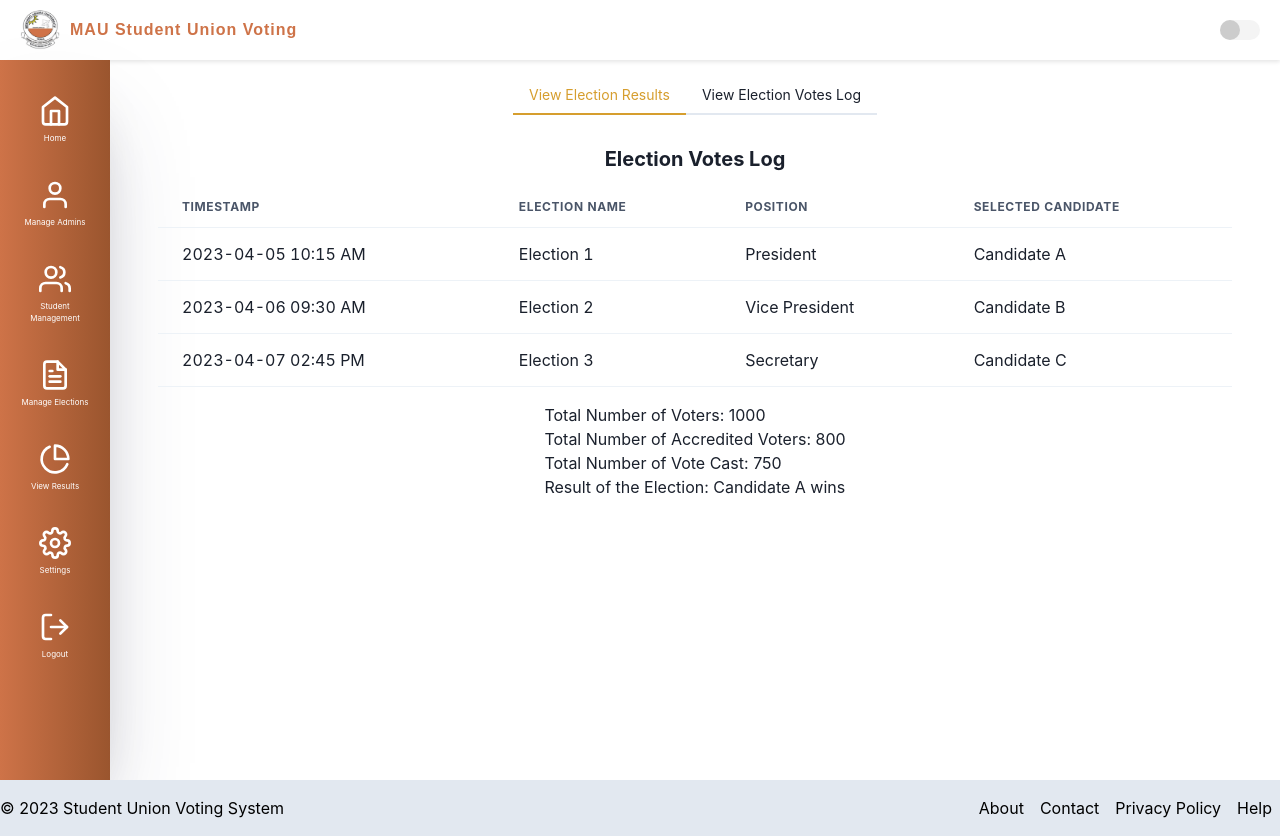
Repository: joena1o/e-vote
Page: /admin-dashboard/view-results
The author's editor kept a copy of each file at every save. The page is drawn from the files as they stood at one save, then again after the next save.
The browser window is 1280 px wide. The pictures show the whole page.
The project was rebuilt for these pictures with package versions that can differ from the ones it lists, and the page was loaded fresh each time. Also part of the build but not shown: src/components/EnhancedLogin.js, src/components/maincontent/RegisterStudents/ManageStudents.js, src/components/maincontent/RegisterStudents/RegisterStudents.js, src/components/maincontent/RegisterStudents/StudentManagement.js, src/components/maincontent/ElectionResults/report.js, src/components/maincontent/Settings/Settings.js, src/api/index.js, src/components/maincontent/home/Home.styles.js and 21 more.

Above is the page before, as saved 2023-11-24 22:36:49.

### src/index.js
import React from 'react';
import ReactDOM from 'react-dom/client';
import './index.css';
import App from './App';
import reportWebVitals from './reportWebVitals';
import Modal from 'react-modal';

// Set the app element for the modal for accessibility purposes
Modal.setAppElement('#root');

const root = ReactDOM.createRoot(document.getElementById('root'));
root.render(
  <React.StrictMode>
    <App />
  </React.StrictMode>
);

// If you want to start measuring performance in your app, pass a function
// to log results (for example: reportWebVitals(console.log))
// or send to an analytics endpoint. Learn more: https://bit.ly/CRA-vitals
reportWebVitals();

### src/App.js
import React from 'react';
import { BrowserRouter as Router, Routes, Route, Navigate } from 'react-router-dom';
import EnhancedLogin from './components/EnhancedLogin';
import AdminDashboard from './components/AdminDashboard';
import StudentDashboard from './components/StudentDashboard';
import { ChakraProvider, ColorModeProvider, Button, useColorMode } from '@chakra-ui/react';
import { Provider } from 'react-redux';
import store from './Redux/store';
import ElectionCommitteeDashboard from './components/maincontent/ElectionCommitteeDashboard';


// Component to toggle dark mode
function DarkModeToggle() {
  const { colorMode, toggleColorMode } = useColorMode();
  return (
    <Button onClick={toggleColorMode} position="fixed" m={4} zIndex={10}>
      Toggle {colorMode === 'light' ? 'Dark' : 'Light'}
    </Button>
  );
}

function App() {
  // Check if the current route is not the "/login" route, then render the DarkModeToggle
  // const isLoginPage = window.location.pathname === '/login';

  return (
    <Provider store={store}>
      <ChakraProvider>
        <ColorModeProvider options={{ useSystemColorMode: true }}>
          <Router>
            <Routes>
              {/* Define your routes */}
              <Route path="/login" element={<EnhancedLogin />} />
              <Route path="/admin-dashboard/*" element={<AdminDashboard />} />
              <Route path="/ElectionCommittee-dashboard/*" element={<ElectionCommitteeDashboard />} />
              <Route path='/student-dashboard/*' element={<StudentDashboard />} />
              {/* Redirect root to /admin-dashboard */}
              <Route path="/" element={<Navigate to="/admin-dashboard" replace />} />
            </Routes>
          </Router>
          {/* Render DarkModeToggle only if not on the "/login" page */}
          {/* {!isLoginPage && <DarkModeToggle />} */}
        </ColorModeProvider>
      </ChakraProvider>
    </Provider>
  );
}

export default App;

### src/components/AdminDashboard.js
// AdminDashboard.js
import React from 'react';
import { Routes, Route } from 'react-router-dom';
import StudentManagement from './maincontent/RegisterStudents/StudentManagement';
import ViewResults from './maincontent/ElectionResults/ViewElectionResults';
import Settings from './maincontent/Settings/Settings';
import Home from './maincontent/home/Home';
import ManageAdmin from './maincontent/ManageAdmins/ManageAdmins';
import ManageElections from './maincontent/ManageElections/ManageElections';
import Sidebar from './Sidebar';
import Navbar from './Navbar';
import Footer from './Footer';// Import the Footer component
import styled from 'styled-components';

const Container = styled.div`
  display: flex;
  flex-direction: column;
  height: 100vh;
  width: 100%;
`;

const Content = styled.div`
  display: flex;
  flex: 1;
`;

const AdminDashboard = () => {
  return (
    <Container>
      <Navbar />
      <Content>
        <Sidebar />
        <Routes>
          <Route index element={<Home />} />
          <Route path="student-management" element={<StudentManagement />} />
          <Route path="view-results" element={<ViewResults />} />
          <Route path="settings" element={<Settings />} />
          <Route path="manage-admin" element={<ManageAdmin />} />
          <Route path="manage-elections" element={<ManageElections />} />
        </Routes>
      </Content>
      <Footer />
    </Container>
  );
};

export default AdminDashboard;

### src/Redux/store.js
import { configureStore } from '@reduxjs/toolkit';
import electionReducer from './electionSlice';
import studentsReducer from './studentsSlice';
import candidatesReducer from './CandidateSlice'; // Import the candidates reducer

const store = configureStore({
  reducer: {
    elections: electionReducer,
    students: studentsReducer,
    candidates: candidatesReducer, // Add the candidates reducer here
  },
});

export default store;

### src/components/maincontent/ElectionResults/ViewElectionResults.js
import React, { useState } from 'react';
import { Tabs, TabList, TabPanels, Tab, TabPanel, Box, Flex, Heading } from '@chakra-ui/react';
import ViewResults from './ViewResults';
import ElectionVotesLog from './report';

const ElectionDashboard = () => {
  const [activeTab, setActiveTab] = useState(0);

  const handleTabChange = (index) => {
    setActiveTab(index);
  };

  return (
    <Flex direction="column" align="center" w="100vw" h="100vh" p={4}>
      <Box w="100%" h="100%" maxW="full">
        <Tabs index={activeTab} onChange={handleTabChange} isLazy>
          <Flex justifyContent="center" w="100%">
            <TabList display="inline-flex">
              <Tab fontSize="sm" px={4} py={2} _selected={{ borderBottom: '2px solid', borderColor: 'yellow.500', color: 'yellow.500' }}>
                View Election Results
              </Tab>
              <Tab fontSize="sm" px={4} py={2} _selected={{ borderBottom: '2px solid', borderColor: 'yellow.500', color: 'yellow.500' }}>
                View Election Votes Log
              </Tab>
            </TabList>
          </Flex>
          <TabPanels>
            <TabPanel>
              <ViewResults />
            </TabPanel>
            <TabPanel>
              <ElectionVotesLog />
            </TabPanel>
          </TabPanels>
        </Tabs>
      </Box>
    </Flex>
  );
};

export default ElectionDashboard;

### src/components/Sidebar.js
import React from 'react';
import styled from 'styled-components';
import { Link } from 'react-router-dom';
import { FiHome, FiUser, FiUsers, FiFileText, FiSettings, FiLogOut, FiPieChart } from 'react-icons/fi';
import { useColorMode } from '@chakra-ui/react';

const SidebarContainer = styled.nav`
  background: ${props => (props.theme === 'dark' ? '#333' : 'linear-gradient(to right, #ce7348, #9a552e)')};
  padding: 15px;
  height: 100vh;
  color: #fff;
  box-shadow: rgba(50, 50, 93, 0.25) 0px 50px 100px -20px, rgba(0, 0, 0, 0.3) 0px 30px 60px -30px;
  display: flex;
  flex-direction: column;
`;

const LinkList = styled.ul`
  list-style-type: none;
  padding: 0;
  flex: 1;
`;

const StyledLink = styled(Link)`
  text-decoration: none;
  color: #fff;
  display: flex;
  flex-direction: column;
  align-items: center;
  transition: color 0.3s ease;
  margin-bottom: 15px;
  cursor: pointer;
  font-size: 0.5rem;

  &:hover {
    color: #fce364;
  }

  width: 80px;
  text-align: center;
  word-wrap: break-word;
  overflow-wrap: break-word;

  @media (max-width: 768px) {
    font-size: 0.4rem;
  }

  @media (max-width: 480px) {
    font-size: 0.3rem;
  }
`;

const LinkItem = styled.li`
  display: flex;
  align-items: center;
  margin-top: 20px;
`;

const Icon = styled.div`
  font-size: 2rem;
  color: #fff;

  @media (max-width: 768px) {
    font-size: 0.9rem;
  }

  @media (max-width: 480px) {
    font-size: 0.8rem;
  }

  margin-bottom: 5px;

  ${StyledLink}:hover & {
    color: #fce364;  // Change icon color when the link is hovered
  }
`;

function Sidebar() {
  const { colorMode } = useColorMode();

  return (
    <SidebarContainer theme={colorMode}>
      <LinkList>
        <LinkItem>
          <StyledLink to="/admin-dashboard">
            <Icon><FiHome /></Icon>
            Home
          </StyledLink>
        </LinkItem>
        <LinkItem>
          <StyledLink to="/admin-dashboard/manage-admin">
            <Icon><FiUser /></Icon>
            Manage Admins
          </StyledLink>
        </LinkItem>
        <LinkItem>
          <StyledLink to="/admin-dashboard/student-management">
            <Icon><FiUsers /></Icon>
            Student Management
          </StyledLink>
        </LinkItem>
        <LinkItem>
          <StyledLink to="/admin-dashboard/manage-elections">
            <Icon><FiFileText /></Icon>
            Manage Elections
          </StyledLink>
        </LinkItem>
        <LinkItem>
          <StyledLink to="/admin-dashboard/view-results">
            <Icon><FiPieChart /></Icon>
            View Results
          </StyledLink>
        </LinkItem>
        <LinkItem>
          <StyledLink to="/admin-dashboard/settings">
            <Icon><FiSettings /></Icon>
            Settings
          </StyledLink>
        </LinkItem>
        <LinkItem>
          <StyledLink to="/logout">
            <Icon><FiLogOut /></Icon>
            Logout
          </StyledLink>
        </LinkItem>
      </LinkList>
    </SidebarContainer>
  );
}

export default Sidebar;

### src/components/Navbar.js
import React from 'react';
import styled, { createGlobalStyle } from 'styled-components';
import logo from '../assets/school_logo.jpg';
import { useColorMode } from '@chakra-ui/react';

const GlobalStyle = createGlobalStyle`
  body {
    background-color: ${props => (props.theme === 'dark' ? '#333' : '#fff')};
    color: ${props => (props.theme === 'dark' ? '#fff' : '#000')}; // Set other component texts to black in light mode
  }
`;

const Header = styled.header`
  background: ${props => (props.theme === 'dark' ? '#333' : '#fff')};
  color: ${props => (props.theme === 'dark' ? '#fff' : '#ce7348')}; // Set navbar text to brown in light mode
  padding: 10px 20px;
  display: flex;
  align-items: center;
  justify-content: flex-start;
  box-shadow: 0px 2px 4px rgba(0, 0, 0, 0.1);
  font-family: 'Poppins', sans-serif;
`;


const Logo = styled.img`
  width: 40px;
  height: 40px;
  border-radius: 20px;
  margin-right: 10px;
`;

const Title = styled.h1`
  margin: 0;
  padding: 0;
  font-size: 1rem;
  font-weight: 600;
  letter-spacing: 1px;
`;

const ToggleSlider = styled.label`
  display: flex;
  align-items: center;
  cursor: pointer;
  margin-left: auto;
`;

const SliderInput = styled.input.attrs({ type: 'checkbox' })`
  display: none;
`;

const Slider = styled.div`
  width: 40px;
  height: 20px;
  background-color: ${props => (props.theme === 'dark' ? '#333' : '#f4f4f4')};
  border-radius: 20px;
  position: relative;
  transition: background-color 0.3s ease;
  cursor: pointer;

  &::after {
    content: '';
    width: 20px;
    height: 20px;
    border-radius: 50%;
    background-color: ${props => (props.theme === 'dark' ? '#fff' : '#ccc')};
    position: absolute;
    top: 50%;
    transform: translateY(-50%);
    left: ${props => (props.theme === 'dark' ? '20px' : '0')};
    transition: left 0.3s ease;
  }
`;

function Navbar() {
  const { colorMode, toggleColorMode } = useColorMode();

  return (
    <>
      <GlobalStyle theme={colorMode} />
      <Header theme={colorMode}>
        <Logo src={logo} alt="University Logo" />
        <Title>MAU Student Union Voting</Title>
        <ToggleSlider>
          <SliderInput type="checkbox" onChange={toggleColorMode} />
          <Slider theme={colorMode} />
        </ToggleSlider>
      </Header>
    </>
  );
}

export default Navbar;

### src/components/Footer.js
import React from 'react';
import { Box, Flex, Text, Link } from '@chakra-ui/react';

const Footer = ({ colorMode }) => {
  const handleDownloadDocumentation = () => {

    const pdfUrl = '/path/to/your/documentation.pdf';

    //  anchor element that triggers  download
    const link = document.createElement('a');
    link.href = pdfUrl;
    link.download = 'documentation.pdf';
    link.click();
  };

    return (
      <Box as="footer" mt="auto" py={4} bg={colorMode === 'dark' ? 'gray.800' : 'gray.200'} color={colorMode === 'dark' ? 'white' : 'black'}>
        <Flex justify="space-between" align="center">
          <Text>&copy; 2023 Student Union Voting System</Text>
          <Flex>
            <Link mx={2} href="#about">
              About
            </Link>
            <Link mx={2} href="#contact">
              Contact
            </Link>
            <Link mx={2} href="#privacy">
              Privacy Policy
            </Link>
            <Link mx={2} onClick={handleDownloadDocumentation}>
              Help
            </Link>
          </Flex>
        </Flex>
      </Box>
    );
  };

  export default Footer;

### src/Redux/electionSlice.js
/*import { createSlice, createAsyncThunk } from '@reduxjs/toolkit';
import { API, graphqlOperation } from 'aws-amplify';
import { createElection as createElectionAPI } from '../graphql/mutations';

export const createElection = createAsyncThunk(
  'elections/createElection',
  async (election, { rejectWithValue }) => {
    try {
      const result = await API.graphql(graphqlOperation(createElectionAPI, { input: election }));
      return result.data.createElection;
    } catch (error) {
      return rejectWithValue(error);
    }
  }
);

const electionSlice = createSlice({
  name: 'elections',
  initialState: [],
  reducers: {},
  extraReducers: (builder) => {
    builder.addCase(createElection.fulfilled, (state, action) => {
      state.push(action.payload);
    });
  },
});

export default electionSlice.reducer;
*/

### src/Redux/studentsSlice.js
import { createSlice } from '@reduxjs/toolkit';

export const studentsSlice = createSlice({
  name: 'students',
  initialState: [],
  reducers: {
    addStudents: (state, action) => {
      // Add students to the Redux store
      action.payload.forEach(student => {
        state.push(student);
      });
    },
  },
});

export const { addStudents } = studentsSlice.actions;

export default studentsSlice.reducer;

### src/Redux/CandidateSlice.js

import { createSlice } from '@reduxjs/toolkit';

export const candidatesSlice = createSlice({
  name: 'candidates',
  initialState: [],
  reducers: {
    setCandidates: (state, action) => {
      return action.payload;
    },
  },
});

export const { setCandidates } = candidatesSlice.actions;
export default candidatesSlice.reducer;

### src/components/maincontent/ElectionResults/ViewResults.js
import React, { useEffect, useState } from 'react';
import { Box, VStack, Heading, Table, Thead, Tbody, Tr, Th, Td, useColorModeValue, Text  } from '@chakra-ui/react';

const ElectionVotesLog = () => {
  const colorModeValue = useColorModeValue('gray.200', 'gray.600');

  // Mock data for election votes log
  const mockVotesLog = [
    {
      id: 1,
      timestamp: '2023-04-05 10:15 AM',
      electionName: 'Election 1',
      position: 'President',
      selectedCandidate: 'Candidate A',
    },
    {
      id: 2,
      timestamp: '2023-04-06 09:30 AM',
      electionName: 'Election 2',
      position: 'Vice President',
      selectedCandidate: 'Candidate B',
    },
    {
      id: 3,
      timestamp: '2023-04-07 02:45 PM',
      electionName: 'Election 3',
      position: 'Secretary',
      selectedCandidate: 'Candidate C',
    },
  ];

  const [votesLog, setVotesLog] = useState(mockVotesLog);

  useEffect(() => {
    // You can fetch data from an API here if needed
    // For now, we're using the mock data
  }, []);

  // Mock data for additional election information
  const totalVoters = 1000;
  const accreditedVoters = 800;
  const totalVoteCast = 750;
  const electionResult = 'Candidate A wins';

  return (
    <Box p={4}>
      <VStack spacing={4}>
        <Heading size="md">Election Votes Log</Heading>
        <Table variant="simple">
          <Thead>
            <Tr>
              <Th>Timestamp</Th>
              <Th>Election Name</Th>
              <Th>Position</Th>
              <Th>Selected Candidate</Th>
            </Tr>
          </Thead>
          <Tbody>
            {votesLog.map((vote) => (
              <Tr key={vote.id}>
                <Td>{vote.timestamp}</Td>
                <Td>{vote.electionName}</Td>
                <Td>{vote.position}</Td>
                <Td>{vote.selectedCandidate}</Td>
              </Tr>
            ))}
          </Tbody>
        </Table>
        <Box textAlign="left">
          <Text>Total Number of Voters: {totalVoters}</Text>
          <Text>Total Number of Accredited Voters: {accreditedVoters}</Text>
          <Text>Total Number of Vote Cast: {totalVoteCast}</Text>
          <Text>Result of the Election: {electionResult}</Text>
        </Box>
      </VStack>
    </Box>
  );
};

export default ElectionVotesLog;

Loaded but not shown: public/index.html (common file); src/index.css (common file); src/reportWebVitals.js (common file)

After the next save:
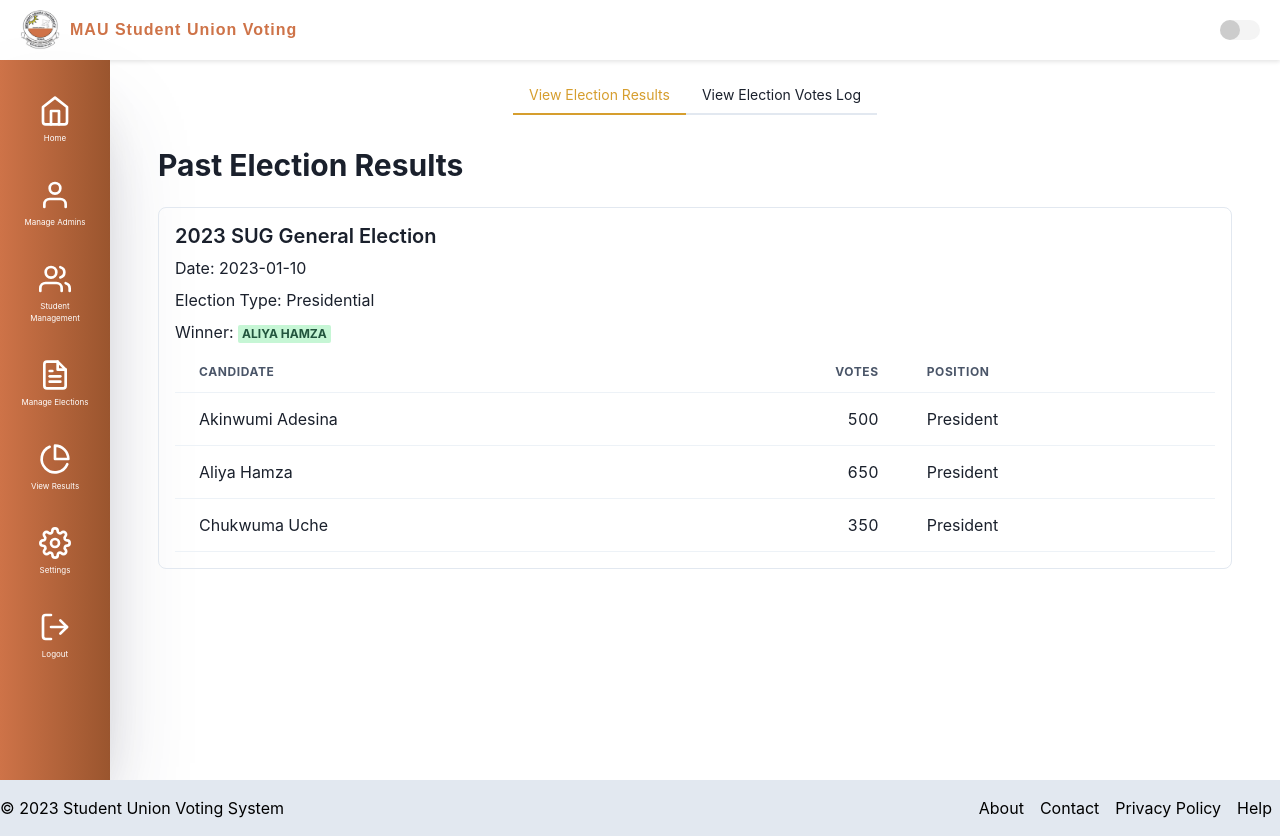
Saved 40 s later.
--- a/src/components/maincontent/ElectionResults/ViewResults.js
+++ b/src/components/maincontent/ElectionResults/ViewResults.js
@@ -1,80 +1,67 @@
-import React, { useEffect, useState } from 'react';
-import { Box, VStack, Heading, Table, Thead, Tbody, Tr, Th, Td, useColorModeValue, Text  } from '@chakra-ui/react';
+import React, { useState } from 'react';
+import { Box, VStack, Heading, Text, useColorModeValue, Table, Thead, Tbody, Tr, Th, Td, Badge } from '@chakra-ui/react';
 
-const ElectionVotesLog = () => {
+const ViewResults = () => {
   const colorModeValue = useColorModeValue('gray.200', 'gray.600');
 
-  // Mock data for election votes log
-  const mockVotesLog = [
+  const mockPastElectionResults = [
     {
       id: 1,
-      timestamp: '2023-04-05 10:15 AM',
-      electionName: 'Election 1',
-      position: 'President',
-      selectedCandidate: 'Candidate A',
+      electionName: '2023 SUG  General Election',
+      date: '2023-01-10',
+      electionType: 'Presidential',
+      candidates: [
+        { name: 'Akinwumi Adesina', votes: 500, position: 'President' },
+        { name: 'Aliya Hamza', votes: 650, position: 'President' },
+        { name: 'Chukwuma Uche', votes: 350, position: 'President' },
+      ],
+      winner: 'Aliya Hamza',
     },
-    {
-      id: 2,
-      timestamp: '2023-04-06 09:30 AM',
-      electionName: 'Election 2',
-      position: 'Vice President',
-      selectedCandidate: 'Candidate B',
-    },
-    {
-      id: 3,
-      timestamp: '2023-04-07 02:45 PM',
-      electionName: 'Election 3',
-      position: 'Secretary',
-      selectedCandidate: 'Candidate C',
-    },
+    // ... other past election results
   ];
 
-  const [votesLog, setVotesLog] = useState(mockVotesLog);
-
-  useEffect(() => {
-    // You can fetch data from an API here if needed
-    // For now, we're using the mock data
-  }, []);
-
-  // Mock data for additional election information
-  const totalVoters = 1000;
-  const accreditedVoters = 800;
-  const totalVoteCast = 750;
-  const electionResult = 'Candidate A wins';
+  const [pastElectionResults] = useState(mockPastElectionResults);
 
   return (
     <Box p={4}>
-      <VStack spacing={4}>
-        <Heading size="md">Election Votes Log</Heading>
-        <Table variant="simple">
-          <Thead>
-            <Tr>
-              <Th>Timestamp</Th>
-              <Th>Election Name</Th>
-              <Th>Position</Th>
-              <Th>Selected Candidate</Th>
-            </Tr>
-          </Thead>
-          <Tbody>
-            {votesLog.map((vote) => (
-              <Tr key={vote.id}>
-                <Td>{vote.timestamp}</Td>
-                <Td>{vote.electionName}</Td>
-                <Td>{vote.position}</Td>
-                <Td>{vote.selectedCandidate}</Td>
+      <Heading size="lg" mb={6}>Past Election Results</Heading>
+      {pastElectionResults.map((election) => (
+        <VStack
+          key={election.id}
+          border="1px"
+          borderColor={colorModeValue}
+          borderRadius="lg"
+          p={4}
+          mb={4}
+          spacing={2}
+          align="left"
+        >
+          <Heading fontSize="xl" fontWeight="semibold">{election.electionName}</Heading>
+          <Text>Date: {election.date}</Text>
+          <Text>Election Type: {election.electionType}</Text>
+          <Text>Winner: <Badge colorScheme="green">{election.winner}</Badge></Text>
+          <Table variant="simple">
+            <Thead>
+              <Tr>
+                <Th>Candidate</Th>
+                <Th isNumeric>Votes</Th>
+                <Th>Position</Th>
               </Tr>
-            ))}
-          </Tbody>
-        </Table>
-        <Box textAlign="left">
-          <Text>Total Number of Voters: {totalVoters}</Text>
-          <Text>Total Number of Accredited Voters: {accreditedVoters}</Text>
-          <Text>Total Number of Vote Cast: {totalVoteCast}</Text>
-          <Text>Result of the Election: {electionResult}</Text>
-        </Box>
-      </VStack>
+            </Thead>
+            <Tbody>
+              {election.candidates.map((candidate) => (
+                <Tr key={candidate.name}>
+                  <Td>{candidate.name}</Td>
+                  <Td isNumeric>{candidate.votes}</Td>
+                  <Td>{candidate.position}</Td>
+                </Tr>
+              ))}
+            </Tbody>
+          </Table>
+        </VStack>
+      ))}
     </Box>
   );
 };
 
-export default ElectionVotesLog;
+export default ViewResults;
